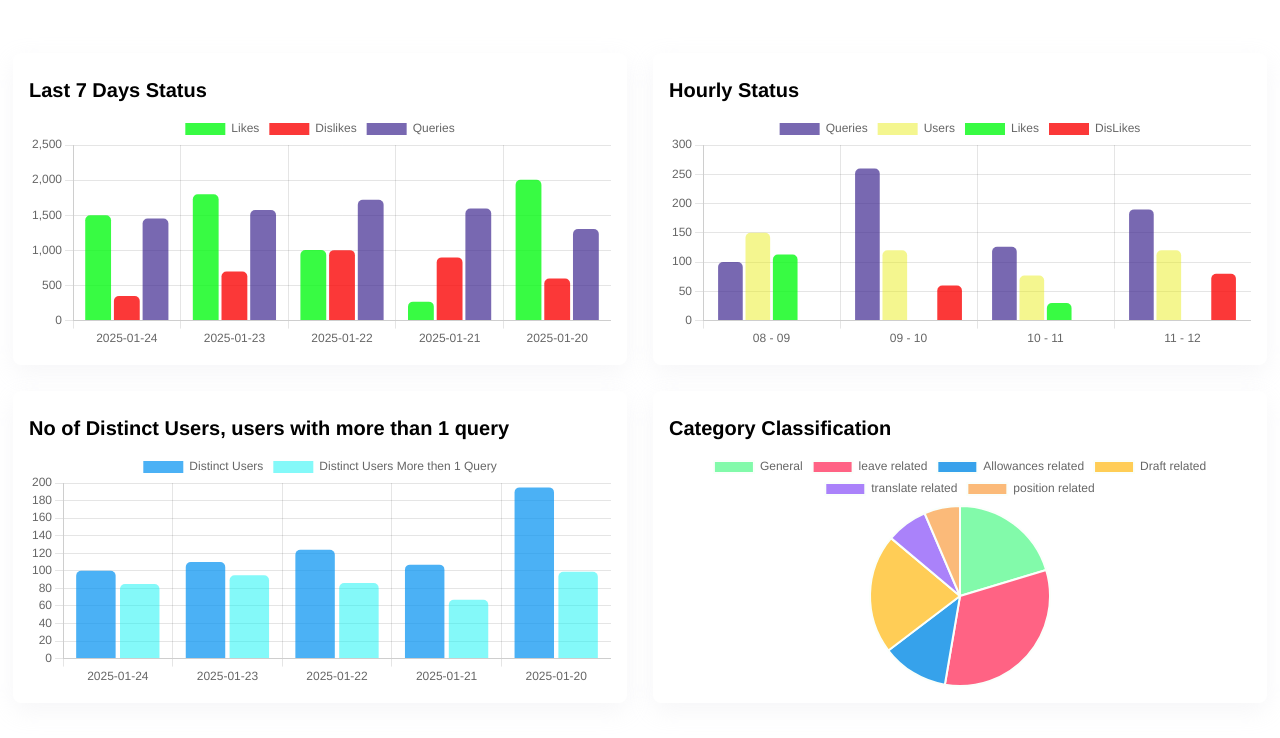
Repository: NAGARAJ-DEVELOPER/Dashboard
Page: /
An editor plug-in stored every save of this project. The page is shown before and after the next save, followed by the edit.
The browser window is 1280 px wide. The pictures show the whole page.
The project was rebuilt for these pictures with package versions that can differ from the ones it lists, and the page was loaded fresh each time. Also part of the build but not shown: vite.config.js.

Above is the page before, as saved 2025-02-15 10:15:45.

After the next save:
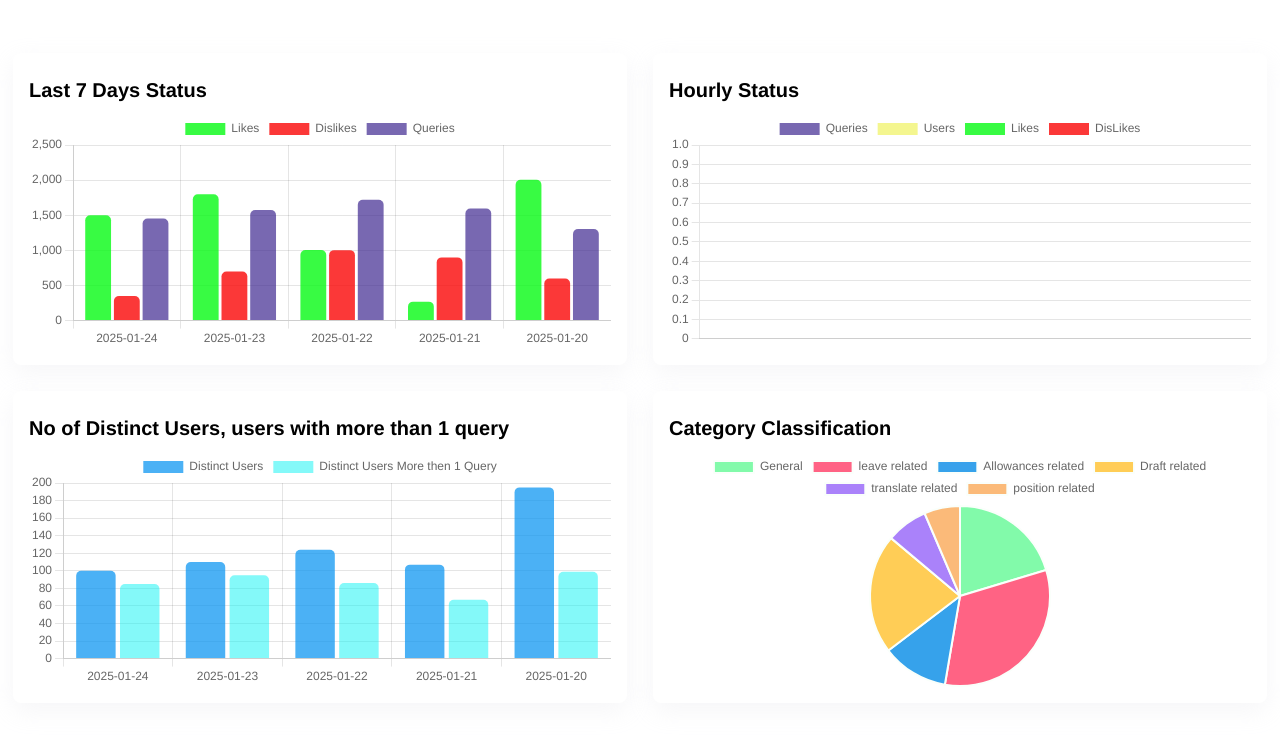
Saved 2 min 17 s later.
--- a/public/data/Today.json
+++ b/public/data/Today.json
@@ -1,6 +1,4 @@
 [
   { "A_DATE": "2025-01-27", "B_TIME": "08 - 09", "C_Questions": 100, "D_Users": 150 ,"F_Likes": 113},
   { "A_DATE": "2025-01-27",  "B_TIME": "09 - 10", "C_Questions": 260, "D_Users": 120,"Dis_Likes":60},
-  { "A_DATE": "2025-01-27", "B_TIME": "10 - 11", "C_Questions": 126, "D_Users": 77, "F_Likes": 30 },
-  { "A_DATE": "2025-01-27", "B_TIME": "11 - 12", "C_Questions": 190, "D_Users": 120,"Dis_Likes":80 }
 ]

After the save that followed:
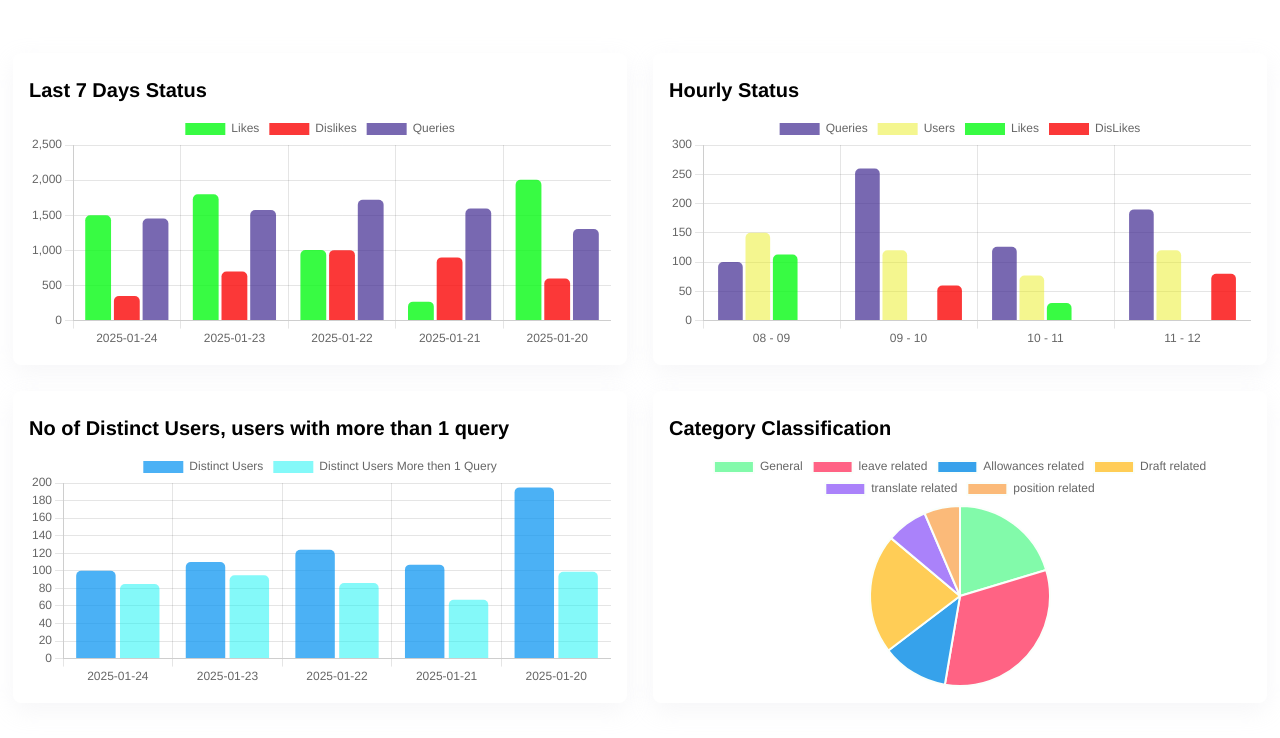
Saved 32 s later.
--- a/public/data/Today.json
+++ b/public/data/Today.json
@@ -1,4 +1,6 @@
 [
   { "A_DATE": "2025-01-27", "B_TIME": "08 - 09", "C_Questions": 100, "D_Users": 150 ,"F_Likes": 113},
   { "A_DATE": "2025-01-27",  "B_TIME": "09 - 10", "C_Questions": 260, "D_Users": 120,"Dis_Likes":60},
+  { "A_DATE": "2025-01-27", "B_TIME": "10 - 11", "C_Questions": 126, "D_Users": 77, "F_Likes": 30 },
+  { "A_DATE": "2025-01-27", "B_TIME": "11 - 12", "C_Questions": 190, "D_Users": 120,"Dis_Likes":80 }
 ]
